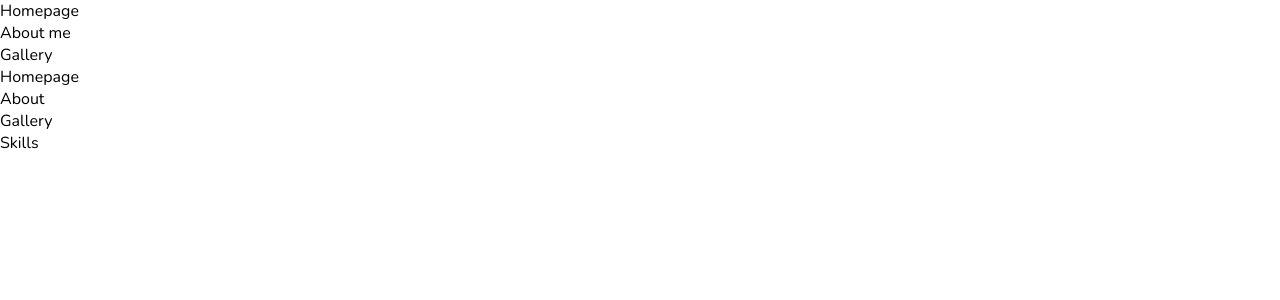
Repository: sabrina-bongiovanni/portfolio2022
Page: / (app in portfolio2022/)
These files come from the project's save history. The page is drawn as it stood at one moment and after the next save; the edit follows.
The browser window is 1280 px wide. The pictures show the whole page.
The project was rebuilt for these pictures with package versions that can differ from the ones it lists, and the page was loaded fresh each time.

Above is the page before, as saved 2023-01-16 15:50:17.

### portfolio2022/src/App.js
import React from 'react';

import './App.scss';

import Homepage from './Components/Homepage/Homepage';
import Navbar from './Components/Navbar/Navbar';
import About from './Components/About/About';
import Gallery from './Components/Gallery/Gallery';
import Skills from './Components/Skills/Skills';

function App() {
  return (
    <div className="App">
      <Navbar />
      <Homepage />
      <About />
      <Gallery />
      <Skills />
    </div>
  );
}

export default App;

### portfolio2022/src/App.scss
@import url('https://fonts.googleapis.com/css2?family=Nunito:wght@400;600;700&display=swap');

body {
  font-family: 'Nunito';
}

### portfolio2022/src/Components/Homepage/Homepage.jsx
import React from 'react';

const Homepage = () => {
  return <div className="homepage-container">Homepage</div>;
};

export default Homepage;

### portfolio2022/src/Components/Navbar/Navbar.jsx
import React from 'react';

const Navbar = () => {
  return (
    <div className="navbar-container">
      <div className="menu-container">
        <div className="menu-item">Homepage</div>
        <div className="menu-item">About me</div>
        <div className="menu-item">Gallery</div>
      </div>
    </div>
  );
};

export default Navbar;

### portfolio2022/src/Components/About/About.jsx
import React from 'react';

const About = () => {
  return <div className="about-container">About</div>;
};

export default About;

### portfolio2022/src/Components/Gallery/Gallery.jsx
import React from 'react';

const Gallery = () => {
  return <div className="gallery-container">Gallery</div>;
};

export default Gallery;

### portfolio2022/src/Components/Skills/Skills.jsx
import React from 'react';

const Skills = () => {
  return <div className="skills-container">Skills</div>;
};

export default Skills;

Loaded but not shown: portfolio2022/public/index.html (common file); portfolio2022/src/index.js (common file); portfolio2022/src/index.css (common file); portfolio2022/src/reportWebVitals.js (common file)

After the next save:
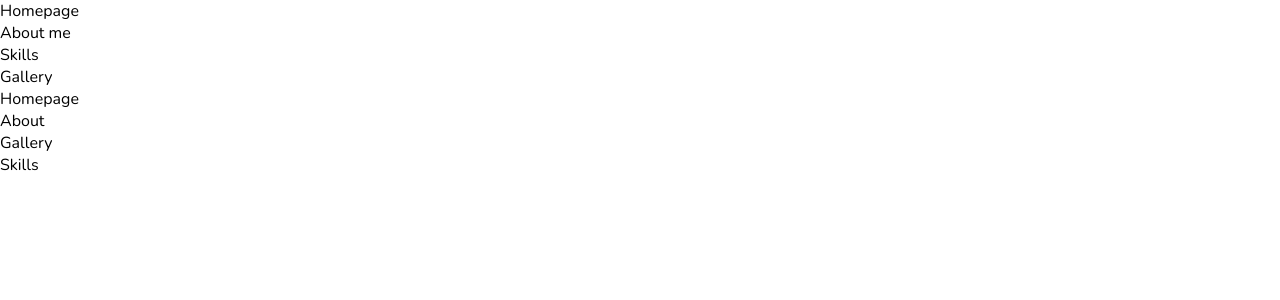
Saved 13 s later.
--- a/portfolio2022/src/Components/Navbar/Navbar.jsx
+++ b/portfolio2022/src/Components/Navbar/Navbar.jsx
@@ -6,6 +6,7 @@ const Navbar = () => {
       <div className="menu-container">
         <div className="menu-item">Homepage</div>
         <div className="menu-item">About me</div>
+        <div className="menu-item">Skills</div>
         <div className="menu-item">Gallery</div>
       </div>
     </div>
